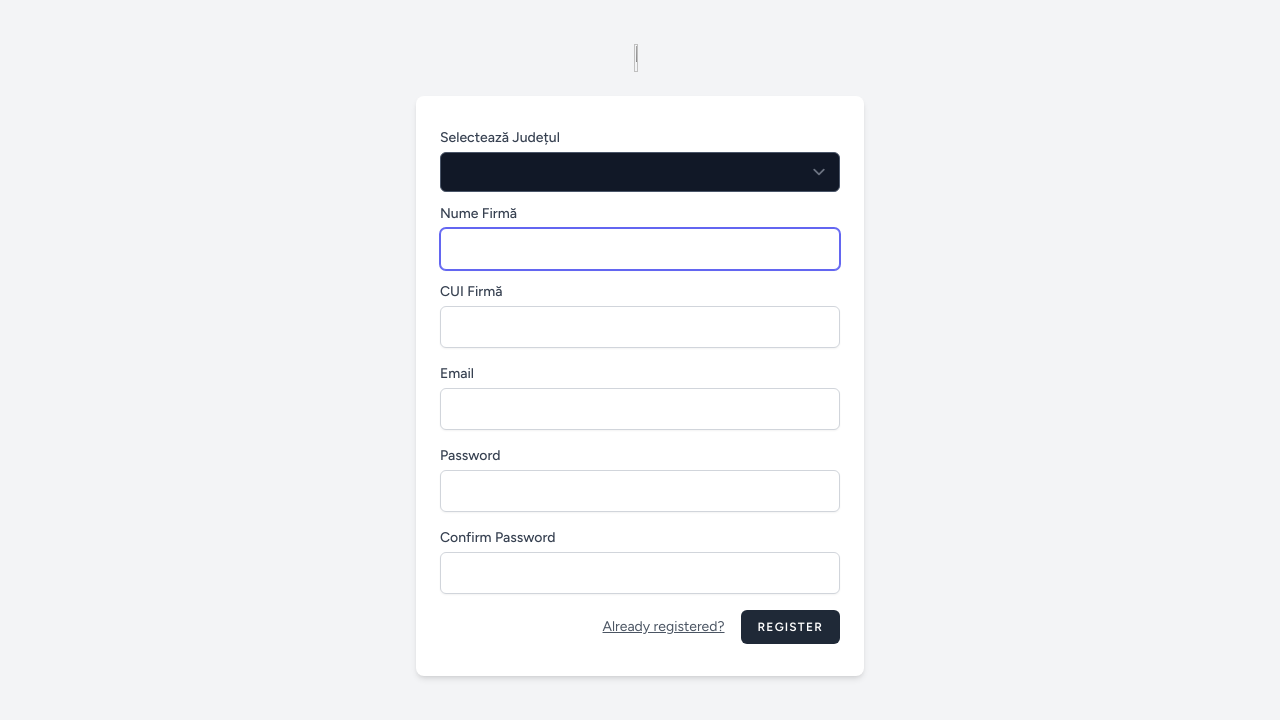
Repository: cosmin05072018/fantastic-events-manager
Page: http://localhost/register
These files come from the project's save history. The page is drawn as it stood at one moment and after the next save; the edit follows.
The browser window is 1280 px wide. The pictures show the whole page.
The page is served by the project's Laravel application, run on PHP 8.4 with Laravel 10. Other server files are loaded and not shown. Style sheets and scripts are compiled from the project's sources, by tool versions that may differ from the author's.

Above is the page before, as saved 2024-11-03 18:26:52.

### routes/web.php
<?php

use App\Http\Controllers\ProfileController;
use Illuminate\Support\Facades\Route;

/*
|--------------------------------------------------------------------------
| Web Routes
|--------------------------------------------------------------------------
|
| Here is where you can register web routes for your application. These
| routes are loaded by the RouteServiceProvider and all of them will
| be assigned to the "web" middleware group. Make something great!
|
*/

Route::get('/', function () {
    return view('startApp');
});

Route::get('/dashboard', function () {
    return view('dashboard');
})->middleware(['auth', 'verified'])->name('dashboard');

Route::middleware('auth')->group(function () {
    Route::get('/profile', [ProfileController::class, 'edit'])->name('profile.edit');
    Route::patch('/profile', [ProfileController::class, 'update'])->name('profile.update');
    Route::delete('/profile', [ProfileController::class, 'destroy'])->name('profile.destroy');
});

require __DIR__.'/auth.php';

### resources/views/auth/register.blade.php
<style>
    .logo-img {
        width: 100%;
        display: flex;
        align-items: center;
        justify-content: center;
    }

    select {
        background-color: #111827 !important; /* Fundal întunecat */
        color: #cbd5e0 !important; /* Text deschis la culoare */
        border: 1px solid #4a5568 !important; /* Bordură similară cu celelalte câmpuri */
        padding: 0.5rem !important;
        border-radius: 0.375rem !important; /* Rotunjirea colțurilor */
        height: 40px !important; /* Înălțime similară */
        width: 100% !important; /* Se extinde pe toată lățimea */
        appearance: none !important; /* Îndepărtează stilul implicit pentru browsere */
    }

    /* Săgeata din dreapta pentru select */
    select::-ms-expand {
        display: none !important; /* Ascunde săgeata în Internet Explorer */
    }

    /* Stil pentru placeholder */
    select option[value=""][disabled] {
        color: #a0aec0 !important; /* Culoare mai pală pentru placeholder */
    }

    /* Hover și focus pentru select */
    select:hover, select:focus {
        border-color: #718096 !important; /* Culoare pentru border la hover și focus */
        outline: none !important;
    }
</style>

<x-guest-layout>
    <form method="POST" action="{{ route('register') }}">
        @csrf

        <!-- Județ -->
    <div class="mt-4">
        <x-input-label for="county" :value="__('Selectează Județul')" />
        <select id="county" name="county" class="block mt-1 w-full select2" required>
            <option value=""></option>
            <option value="Alba">Alba</option>
            <option value="Arad">Arad</option>
            <option value="Argeș">Argeș</option>
            <option value="Bacău">Bacău</option>
            <option value="Bihor">Bihor</option>
            <option value="Bistrița-Năsăud">Bistrița-Năsăud</option>
            <option value="Botoșani">Botoșani</option>
            <option value="Brașov">Brașov</option>
            <option value="Brăila">Brăila</option>
            <option value="București">București</option>
            <option value="Buzău">Buzău</option>
            <option value="Caraș-Severin">Caraș-Severin</option>
            <option value="Călărași">Călărași</option>
            <option value="Cluj">Cluj</option>
            <option value="Constanța">Constanța</option>
            <option value="Covasna">Covasna</option>
            <option value="Dâmbovița">Dâmbovița</option>
            <option value="Dolj">Dolj</option>
            <option value="Galați">Galați</option>
            <option value="Giurgiu">Giurgiu</option>
            <option value="Gorj">Gorj</option>
            <option value="Harghita">Harghita</option>
            <option value="Hunedoara">Hunedoara</option>
            <option value="Ialomița">Ialomița</option>
            <option value="Iași">Iași</option>
            <option value="Ilfov">Ilfov</option>
            <option value="Maramureș">Maramureș</option>
            <option value="Mehedinți">Mehedinți</option>
            <option value="Mureș">Mureș</option>
            <option value="Neamț">Neamț</option>
            <option value="Olt">Olt</option>
            <option value="Prahova">Prahova</option>
            <option value="Satu Mare">Satu Mare</option>
            <option value="Sălaj">Sălaj</option>
            <option value="Sibiu">Sibiu</option>
            <option value="Suceava">Suceava</option>
            <option value="Teleorman">Teleorman</option>
            <option value="Timiș">Timiș</option>
            <option value="Tulcea">Tulcea</option>
            <option value="Vaslui">Vaslui</option>
            <option value="Vâlcea">Vâlcea</option>
            <option value="Vrancea">Vrancea</option>
        </select>
        <x-input-error :messages="$errors->get('county')" class="mt-2" />
    </div>

        <!-- Nume Firmă -->
        <div>
            <x-input-label for="name" class="mt-3" :value="__('Nume Firmă')" />
            <x-text-input id="name" class="block mt-1 w-full" type="text" name="name" :value="old('name')" required autofocus autocomplete="name" />
            <x-input-error :messages="$errors->get('name')" class="mt-2" />
        </div>

        <!-- CUI Firmă -->
        <div>
            <x-input-label class="mt-3" for="name" :value="__('CUI Firmă')" />
            <x-text-input id="name" class="block mt-1 w-full" type="number" name="name" :value="old('name')" required autofocus autocomplete="name" />
            <x-input-error :messages="$errors->get('name')" class="mt-2" />
        </div>

        <!-- Email Address -->
        <div class="mt-4">
            <x-input-label for="email" :value="__('Email')" />
            <x-text-input id="email" class="block mt-1 w-full" type="email" name="email" :value="old('email')" required autocomplete="username" />
            <x-input-error :messages="$errors->get('email')" class="mt-2" />
        </div>

        <!-- Password -->
        <div class="mt-4">
            <x-input-label for="password" :value="__('Password')" />

            <x-text-input id="password" class="block mt-1 w-full"
                            type="password"
                            name="password"
                            required autocomplete="new-password" />

            <x-input-error :messages="$errors->get('password')" class="mt-2" />
        </div>

        <!-- Confirm Password -->
        <div class="mt-4">
            <x-input-label for="password_confirmation" :value="__('Confirm Password')" />

            <x-text-input id="password_confirmation" class="block mt-1 w-full"
                            type="password"
                            name="password_confirmation" required autocomplete="new-password" />

            <x-input-error :messages="$errors->get('password_confirmation')" class="mt-2" />
        </div>

        <div class="flex items-center justify-end mt-4">
            <a class="underline text-sm text-gray-600 dark:text-gray-400 hover:text-gray-900 dark:hover:text-gray-100 rounded-md focus:outline-none focus:ring-2 focus:ring-offset-2 focus:ring-indigo-500 dark:focus:ring-offset-gray-800" href="{{ route('login') }}">
                {{ __('Already registered?') }}
            </a>

            <x-primary-button class="ms-4">
                {{ __('Register') }}
            </x-primary-button>
        </div>
    </form>
</x-guest-layout>

### resources/views/components/application-logo.blade.php
<div class="logo-img">
    <img src="{{ asset('storage/logo.svg') }}" alt="Logo" style="width: 20% !important;">
</div>

Loaded but not shown: routes/auth.php (common file); app/Http/Controllers/Auth/EmailVerificationPromptController.php (common file); app/Http/Controllers/Controller.php (common file); app/Http/Controllers/Auth/VerifyEmailController.php (common file); app/Http/Controllers/Auth/RegisteredUserController.php (common file); app/View/Components/GuestLayout.php (common file); resources/views/components/input-label.blade.php (common file); resources/views/components/input-error.blade.php (common file); resources/views/components/text-input.blade.php (common file); resources/views/components/primary-button.blade.php (common file); resources/views/layouts/guest.blade.php (common file); resources/css/app.css (common file); tailwind.config.js (common file); resources/js/app.js (common file); resources/js/bootstrap.js (common file)

After the next save:
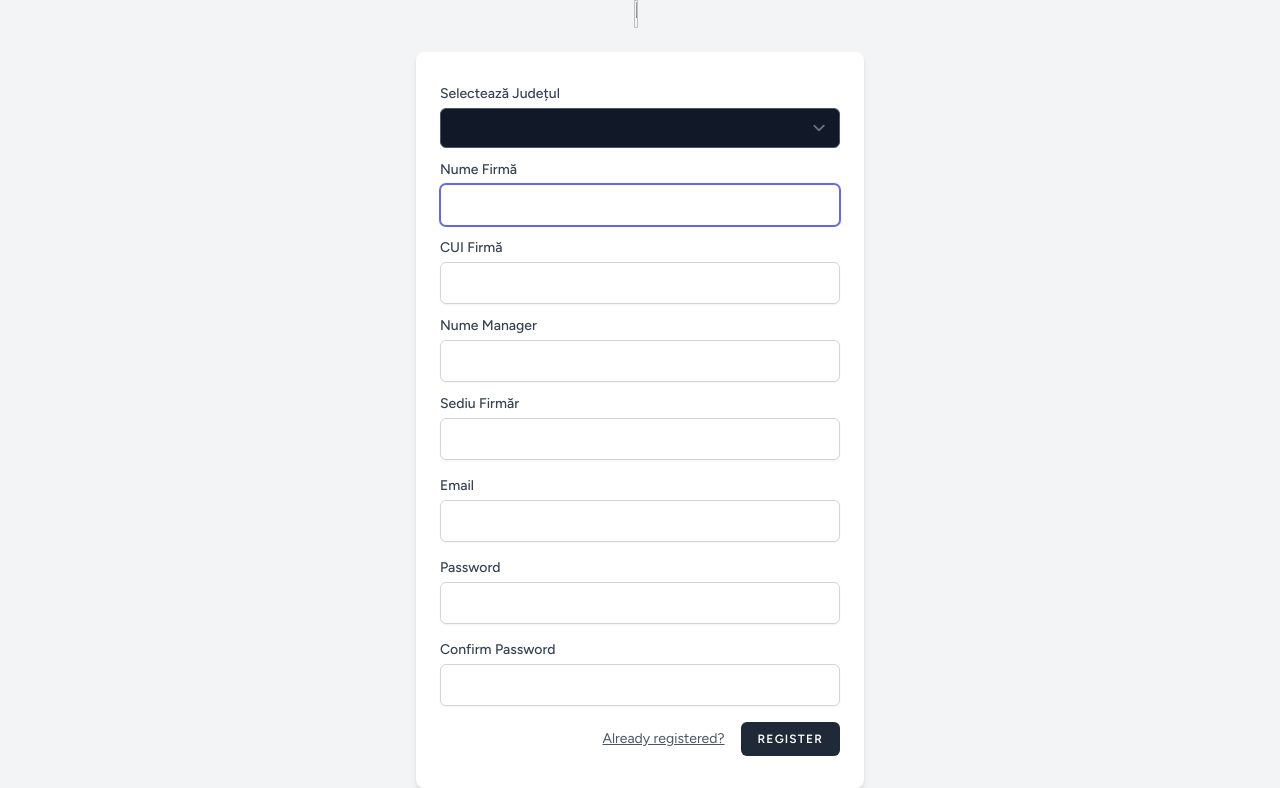
Saved 87 s later.
--- a/resources/views/auth/register.blade.php
+++ b/resources/views/auth/register.blade.php
@@ -103,6 +103,20 @@
             <x-input-error :messages="$errors->get('name')" class="mt-2" />
         </div>
 
+        <!-- Nume Admin Firmă -->
+        <div>
+            <x-input-label class="mt-3" for="name" :value="__('Nume Manager')" />
+            <x-text-input id="name" class="block mt-1 w-full" type="text" name="name" :value="old('name')" required autofocus autocomplete="name" />
+            <x-input-error :messages="$errors->get('name')" class="mt-2" />
+        </div>
+
+        <!-- Sediu Firmă -->
+        <div>
+            <x-input-label class="mt-3" for="name" :value="__('Sediu Firmăr')" />
+            <x-text-input id="name" class="block mt-1 w-full" type="text" name="name" :value="old('name')" required autofocus autocomplete="name" />
+            <x-input-error :messages="$errors->get('name')" class="mt-2" />
+        </div>
+
         <!-- Email Address -->
         <div class="mt-4">
             <x-input-label for="email" :value="__('Email')" />
